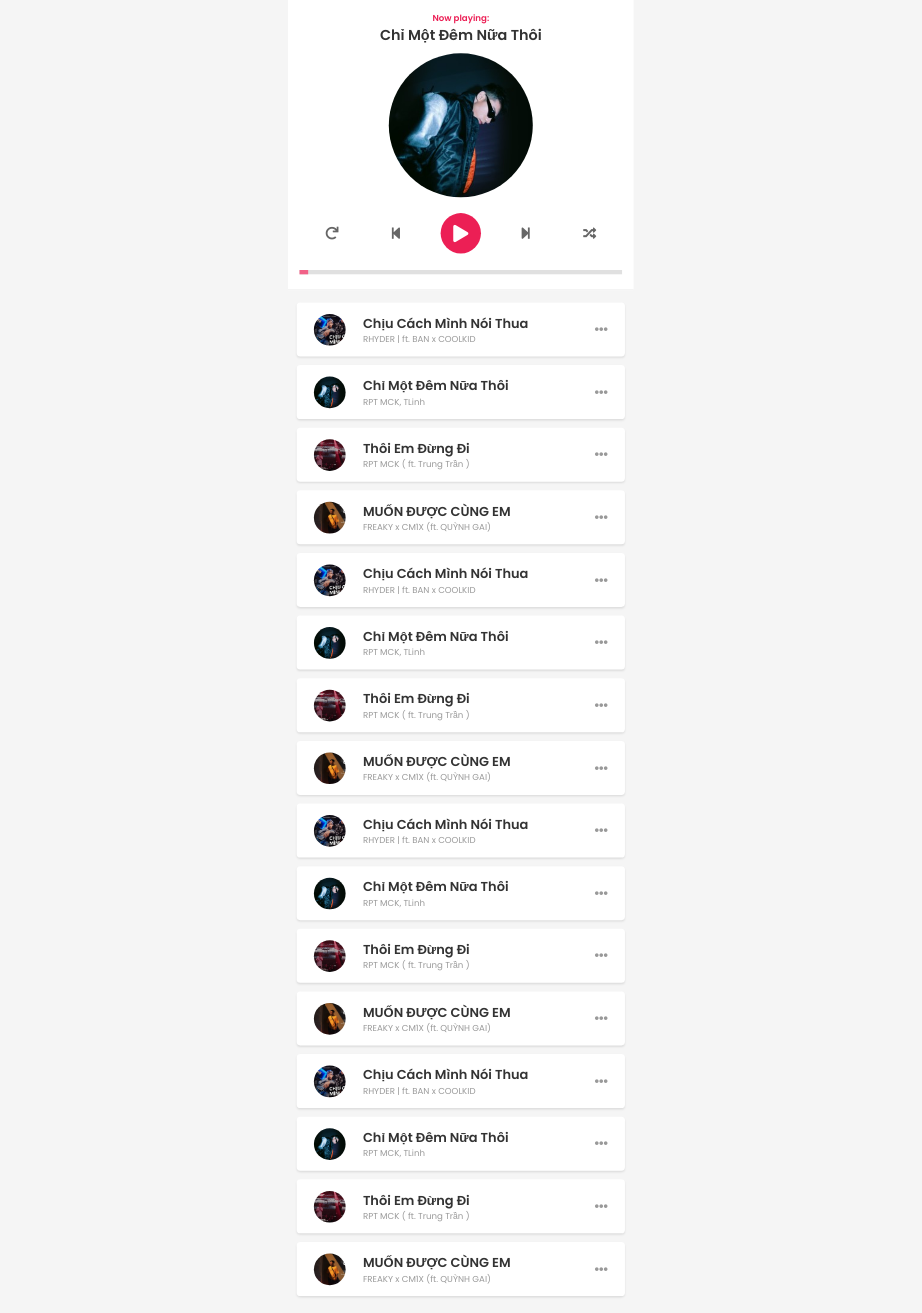
Repository: ChiNg22nd04/MusicPlayer
Page: index.html
The author's editor kept a copy of each file at every save. The page is drawn from the files as they stood at one save, then again after the next save.
The browser window is 1280 px wide. The pictures show the whole page, at 72% of full size.
After loading, the first visible `div.btn-next` was clicked once.

Above is the page before, as saved 2023-12-31 16:44:08.
Console error: TypeError: this.nextSong is not a function

### index.html
<!DOCTYPE html>
<html lang="en">
<head>
    <meta charset="UTF-8">
    <meta name="viewport" content="width=device-width, initial-scale=1.0">
    <title>Music player</title>
    <link rel="stylesheet" href="https://cdnjs.cloudflare.com/ajax/libs/font-awesome/5.15.2/css/all.min.css" integrity="sha512-HK5fgLBL+xu6dm/Ii3z4xhlSUyZgTT9tuc/hSrtw6uzJOvgRr2a9jyxxT1ely+B+xFAmJKVSTbpM/CuL7qxO8w==" crossorigin="anonymous" />
    <link rel="preconnect" href="https://fonts.gstatic.com">
    <link href="https://fonts.googleapis.com/css2?family=Poppins:wght@300;400;600&display=swap" rel="stylesheet">
    <link rel="stylesheet" href="./assets/css/style.css">
</head>
<body>


<div class="player">
  <!-- Dashboard -->
  <div class="dashboard">
    <!-- Header -->
    <header>
      <h4>Now playing:</h4>
      <h2>String 57th & 9th</h2>
    </header>

    <!-- CD -->
    <div class="cd">
      <div class="cd-thumb"
        style="background-image: url(./assets/img/cmdnt.jpeg);">

      </div>
    </div>

    <!-- Control -->
    <div class="control">
      <div class="btn btn-repeat">
        <i class="fas fa-redo"></i>
      </div>
      <div class="btn btn-prev">
        <i class="fas fa-step-backward"></i>
      </div>
      <div class="btn btn-toggle-play">
        <i classa="fas fa-pause icon-pause"></i>
        <i class="fas fa-play icon-play"></i>
      </div>
      <div class="btn btn-next">
        <i class="fas fa-step-forward"></i>
      </div>
      <div class="btn btn-random">
        <i class="fas fa-random"></i>
      </div>
    </div>

    <input id="progress" class="progress" type="range" value="0" step="1" min="0" max="100">

    <audio id="audio" src=""></audio>
  </div>

  <!-- Playlist -->
  <div class="playlist">

  </div>
</div>
<script src="./main.js"></script>
<!-- Design from: https://static.collectui.com/shots/3671744/musicloud-revolutionary-app-for-music-streaming-large -->
</body>
</html>

### assets/css/style.css
:root {
    --primary-color: #ec1f55;
    --text-color: #333;
  }

  * {
    padding: 0;
    margin: 0;
    box-sizing: inherit;
  }

  body {
    background-color: #f5f5f5;
  }

  html {
    box-sizing: border-box;
    font-family: "Poppins", sans-serif;
  }

  .player {
    position: relative;
    max-width: 480px;
    margin: 0 auto;
  }

  .player .icon-pause {
    display: none ;

  }

  .player.playing .icon-pause {
    display: inline-block ;
  }

  .player.playing .icon-play {
    display: none;
  }

  .dashboard {
    padding: 16px 16px 14px;
    background-color: #fff;
    position: fixed;
    top: 0;
    width: 100%;
    max-width: 480px;
    border-bottom: 1px solid #ebebeb;
  }

  /* HEADER */
  header {
    text-align: center;
    margin-bottom: 10px;
  }

  header h4 {
    color: var(--primary-color);
    font-size: 12px;
  }

  header h2 {
    color: var(--text-color);
    font-size: 20px;
  }

  /* CD */
  .cd {
    display: flex;
    margin: auto;
    width: 200px;
  }

  .cd-thumb {
    width: 100%;
    padding-top: 100%;
    border-radius: 50%;
    background-color: #333;
    background-size: cover;
    margin: auto;
  }

  /* CONTROL */
  .control {
    display: flex;
    align-items: center;
    justify-content: space-around;
    padding: 18px 0 8px 0;
  }

  .control .btn {
    color: #666;
    padding: 18px;
    font-size: 18px;
  }

  .control .btn.active {
    color: var(--primary-color);
  }
  .control .btn-toggle-play {
    width: 56px;
    height: 56px;
    border-radius: 50%;
    font-size: 24px;
    color: #fff;
    display: flex;
    align-items: center;
    justify-content: center;
    background-color: var(--primary-color);
  }

  .progress {
    width: 100%;
    -webkit-appearance: none;
    height: 6px;
    background: #d3d3d3;
    outline: none;
    opacity: 0.7;
    -webkit-transition: 0.2s;
    transition: opacity 0.2s;
  }

  .progress::-webkit-slider-thumb {
    -webkit-appearance: none;
    appearance: none;
    width: 12px;
    height: 6px;
    background-color: var(--primary-color);
    cursor: pointer;
  }

  /* PLAYLIST */
  .playlist {
    margin-top: 408px;
    padding: 12px;
  }

  .song {
    display: flex;
    align-items: center;
    margin-bottom: 12px;
    background-color: #fff;
    padding: 8px 16px;
    border-radius: 5px;
    box-shadow: 0 2px 3px rgba(0, 0, 0, 0.1);
  }

  .song.active {
    background-color: var(--primary-color);
  }

  .song:active {
    opacity: 0.8;
  }

  .song.active .option,
  .song.active .author,
  .song.active .title {
    color: #fff;
  }

  .song .thumb {
    width: 44px;
    height: 44px;
    border-radius: 50%;
    background-size: cover;
    margin: 0 8px;
  }

  .song .body {
    flex: 1;
    padding: 0 16px;
  }

  .song .title {
    font-size: 18px;
    color: var(--text-color);
  }

  .song .author {
    font-size: 12px;
    color: #999;
  }

  .song .option {
    padding: 16px 8px;
    color: #999;
    font-size: 18px;
  }

### main.js
const $ = document.querySelector.bind(document);
const $$ = document.querySelectorAll.bind(document);

const playlist = $('.playlist');
const audio = $('#audio');
const heading = $('header h2');
const cdThumb = $('.cd-thumb');
const playBtn = $('.btn-toggle-play');
const player = $('.player');
const nextBtn = $('.btn-next');
const prevBtn = $('.btn-prev');
//! List bài hát
const app = {
    currentIndex: 0,
    isPlaying: false,
    listSong: [
        {
            name: 'Chịu Cách Mình Nói Thua',
            singer: 'RHYDER | ft. BAN x COOLKID ',
            path: './assets/music/ChiuCachMinhNoiThua-RHYDERCoolkidBAN-12449134.mp3',
            img:'./assets/img/ccmnt.jpeg',
        },
        {
            name: 'Chỉ Một Đêm Nữa Thôi',
            singer: 'RPT MCK, TLinh',
            path: './assets/music/ChiMotDemNuaThoi-MCK-8804087.mp3',
            img: './assets/img/cmdnt.jpeg',
        },
        {
            name: 'Thôi Em Đừng Đi',
            singer: 'RPT MCK ( ft. Trung Trần )',
            path: './assets/music/ThoiEmDungDi-MCK-8804088.mp3',
            img: './assets/img/tedd.jpeg',
        },
        {
            name: 'MUỐN ĐƯỢC CÙNG EM',
            singer: 'FREAKY x CM1X (ft. QUỲNH GAI)',
            path: './assets/music/MuonDuocCungEm-Freaky-6792500.mp3',
            img: './assets/img/mdce.jpeg',
        },
        {
            name: 'Chịu Cách Mình Nói Thua',
            singer: 'RHYDER | ft. BAN x COOLKID ',
            path: './assets/music/ChiuCachMinhNoiThua-RHYDERCoolkidBAN-12449134.mp3',
            img:'./assets/img/ccmnt.jpeg',
        },
        {
            name: 'Chỉ Một Đêm Nữa Thôi',
            singer: 'RPT MCK, TLinh',
            path: './assets/music/ChiMotDemNuaThoi-MCK-8804087.mp3',
            img: './assets/img/cmdnt.jpeg',
        },
        {
            name: 'Thôi Em Đừng Đi',
            singer: 'RPT MCK ( ft. Trung Trần )',
            path: './assets/music/ThoiEmDungDi-MCK-8804088.mp3',
            img: './assets/img/tedd.jpeg',
        },
        {
            name: 'MUỐN ĐƯỢC CÙNG EM',
            singer: 'FREAKY x CM1X (ft. QUỲNH GAI)',
            path: './assets/music/MuonDuocCungEm-Freaky-6792500.mp3',
            img: './assets/img/mdce.jpeg',
        },
        {
            name: 'Chịu Cách Mình Nói Thua',
            singer: 'RHYDER | ft. BAN x COOLKID ',
            path: './assets/music/ChiuCachMinhNoiThua-RHYDERCoolkidBAN-12449134.mp3',
            img:'./assets/img/ccmnt.jpeg',
        },
        {
            name: 'Chỉ Một Đêm Nữa Thôi',
            singer: 'RPT MCK, TLinh',
            path: './assets/music/ChiMotDemNuaThoi-MCK-8804087.mp3',
            img: './assets/img/cmdnt.jpeg',
        },
        {
            name: 'Thôi Em Đừng Đi',
            singer: 'RPT MCK ( ft. Trung Trần )',
            path: './assets/music/ThoiEmDungDi-MCK-8804088.mp3',
            img: './assets/img/tedd.jpeg',
        },
        {
            name: 'MUỐN ĐƯỢC CÙNG EM',
            singer: 'FREAKY x CM1X (ft. QUỲNH GAI)',
            path: './assets/music/MuonDuocCungEm-Freaky-6792500.mp3',
            img: './assets/img/mdce.jpeg',
        },
        {
            name: 'Chịu Cách Mình Nói Thua',
            singer: 'RHYDER | ft. BAN x COOLKID ',
            path: './assets/music/ChiuCachMinhNoiThua-RHYDERCoolkidBAN-12449134.mp3',
            img:'./assets/img/ccmnt.jpeg',
        },
        {
            name: 'Chỉ Một Đêm Nữa Thôi',
            singer: 'RPT MCK, TLinh',
            path: './assets/music/ChiMotDemNuaThoi-MCK-8804087.mp3',
            img: './assets/img/cmdnt.jpeg',
        },
        {
            name: 'Thôi Em Đừng Đi',
            singer: 'RPT MCK ( ft. Trung Trần )',
            path: './assets/music/ThoiEmDungDi-MCK-8804088.mp3',
            img: './assets/img/tedd.jpeg',
        },
        {
            name: 'MUỐN ĐƯỢC CÙNG EM',
            singer: 'FREAKY x CM1X (ft. QUỲNH GAI)',
            path: './assets/music/MuonDuocCungEm-Freaky-6792500.mp3',
            img: './assets/img/mdce.jpeg',
        },

    ],

    //hàm để render ra view
    render: function() {
        const htmls = this.listSong.map((song) => {
            return `
            <div class="song">
                <div class="thumb"
                    style="background-image: url('${song.img}');">
                </div>
                <div class="body">
                    <h3 class="title">${song.name}</h3>
                    <p class="author">${song.singer}</p>
                </div>
                <div class="option">
                    <i class="fas fa-ellipsis-h"></i>
                </div>
            </div>
       `

        })
        $('.playlist').innerHTML = htmls.join('\n');
    },
    //handleEven
    handleEnvens: function() {
        // xử lý phóng to thu nhỏ
        const cdWidth =  $('.cd').offsetWidth
        document.onscroll = function() {
            // const scroll = window.scrollY
            const scroll = document.documentElement.scrollTop || window.scrollY
            const cdNew = cdWidth - scroll
            // nếu cdNew > 0 thì
            $('.cd').style.width = cdNew  > 0 ? cdNew + 'px' : 0;
            $('.cd').style.opacity = cdNew / cdWidth;
        }

        //lắng nghe sự kiện click play
        playBtn.onclick = function() {
            audio.play()
            player.classList.add('playing')
            //nếu đang playing thì phải pause còn k thì ngược lại
            if(app.isPlaying) {
                // app.isPlaying = false;
                audio.pause();
                // player.classList.remove('playing');
            }
            else {
                // app.isPlaying = true;
                audio.play();
                // player.classList.add('playing');
            }
        }

        //khi song được play lắng nghe trên thẻ audio
        audio.onplay = function() {
            app.isPlaying = true;
            player.classList.add('playing');
        }
        //khi song bị pause
        audio.onpause = function() {
            app.isPlaying = false;
            player.classList.remove('playing');
        }

        //khi next song
        nextBtn.onclick = function() {
            this.nextSong();
        }
    },
    //hàm để xử lý khi click vào song
    // songActive: function() {
    //     const songList = $$('.song')
    //     for (var i = 0; i < songList.length; i++) {
    //         songList[i].onclick = function() {
    //             console.log(this.name);
    //         }
    //     }
    // },

    //next song
    nextSong: function() {
        this.currentIndex++;
        if(this.currentIndex >= this.listSong.length) {
            this.currentIndex = 0;
        }
        this.loadCurrentSong();
    },

    //hàm để lấy ra bài hát hiện tại
    getCurrentSong: function() {
        return this.listSong[this.currentIndex].name;
    },
    //hàm để load bài hát hiện tại
    loadCurrentSong: function() {

        heading.textContent = this.listSong[this.currentIndex].name;
        cdThumb.style.backgroundImage = `url(${this.listSong[this.currentIndex].img})`;
        audio.src = this.listSong[this.currentIndex].path;
    },

    //pthức start() để bắt đầu
    start: function() {
        //lắng nghe và xử lý các sự kiện
        this.handleEnvens()
        //render playlist
        this.render()
        this.getCurrentSong()
        this.loadCurrentSong()
        this.nextSong()
    }
}

app.start();

After the next save:
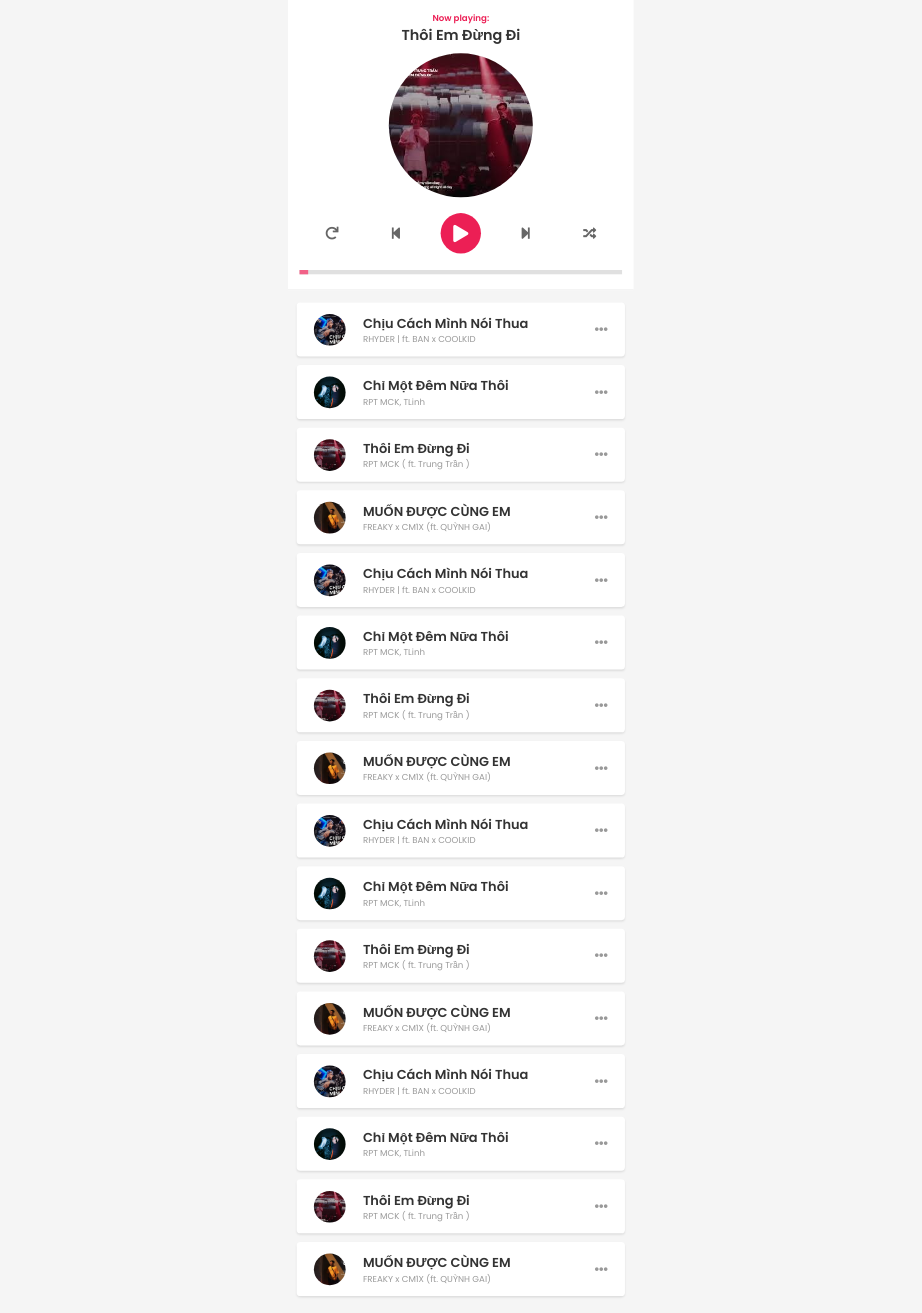
The error is gone.
Saved 17 s later.
--- a/main.js
+++ b/main.js
@@ -177,7 +177,7 @@ const app = {
 
         //khi next song
         nextBtn.onclick = function() {
-            this.nextSong();
+            app.nextSong();
         }
     },
     //hàm để xử lý khi click vào song
